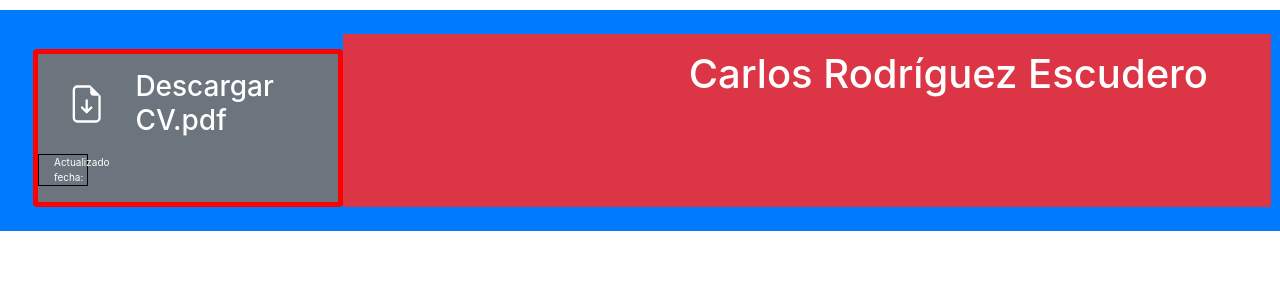
Repository: CarlosRoEs/CarlosWebCV
Page: index.html
These files come from the project's save history. The page is drawn as it stood at one moment and after a run of saves; the edit follows.
The browser window is 1280 px wide. The pictures show the whole page.
The style sheet was rebuilt from its Sass, Less or Tailwind sources for each picture, by a compiler version that may differ from the author's.

Above is the page before, as saved 2020-09-15 13:23:04.

After the next 2 saves:
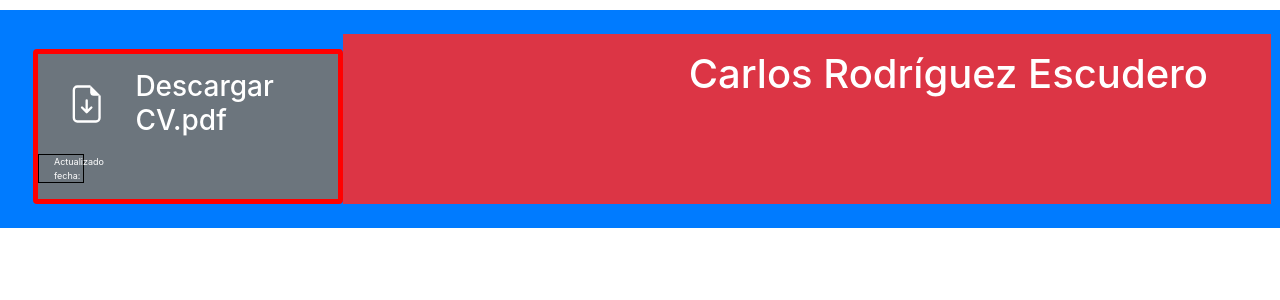
The 2 saves are shown as one change because they came seconds apart.
The last was saved 7 s later.
--- a/Sass/header.scss
+++ b/Sass/header.scss
@@ -12,6 +12,6 @@
     #a-header {
         margin-top: 15px;
         border: 5px solid red;
-        font-size: 10px;
+        font-size: 9px;
     }
 }
